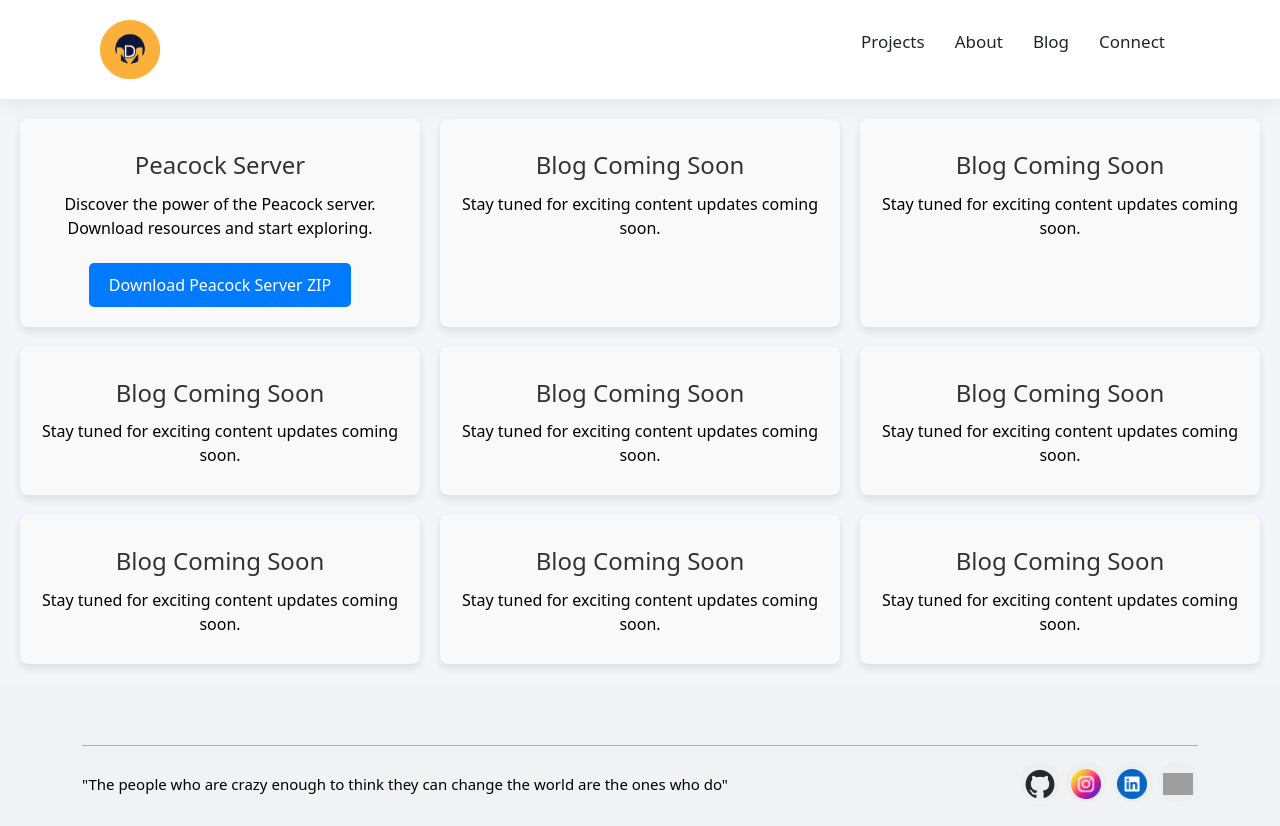
Repository: kaizoku010/firebrand
Page: /blog
The author's editor kept a copy of each file at every save. The page is drawn from the files as they stood at one save, then again after the next save.
The browser window is 1280 px wide. The pictures show the whole page.
Pictures or frames that could not be fetched are drawn as grey boxes. The project was rebuilt for these pictures with package versions that can differ from the ones it lists, and the page was loaded fresh each time. Also part of the build but not shown: vite.config.js, src/update/homescreen.js, src/update/about.css, src/components/chips.css, src/components/chips.js, src/update/about.js, src/dataPoint/AllProjects.js, src/update/appsPage.js and 2 more.

Above is the page before, as saved 2024-11-11 11:44:54.

### public/index.html
<!DOCTYPE html>
<html lang="en">
  <head>
    <meta charset="utf-8" />
    <link rel="icon" href="%PUBLIC_URL%/logo.ico" />
    <meta name="viewport" content="width=device-width, initial-scale=1" />
    <meta name="theme-color" content="#000000" />
    <meta
      name="description"
      content="Welcome to Firebrand, Home of Dixon Muneza"
    />
    <link rel="apple-touch-icon" href="%PUBLIC_URL%/logo.png" />
    <!--
      manifest.json provides metadata used when your web app is installed on a
      user's mobile device or desktop. See https://developers.google.com/web/fundamentals/web-app-manifest/
    -->
    <link rel="manifest" href="%PUBLIC_URL%/manifest.json" />
    <!--
      Notice the use of %PUBLIC_URL% in the tags above.
      It will be replaced with the URL of the `public` folder during the build.
      Only files inside the `public` folder can be referenced from the HTML.

      Unlike "/favicon.ico" or "favicon.ico", "%PUBLIC_URL%/favicon.ico" will
      work correctly both with client-side routing and a non-root public URL.
      Learn how to configure a non-root public URL by running `npm run build`.
    -->
    <title>Dixon Muneza</title>
    <!-- Global site tag (gtag.js) - Google Analytics -->
<script async src="https://www.googletagmanager.com/gtag/js?id=G-C8GX9VTJ6W"></script>
<script>
  window.dataLayer = window.dataLayer || [];
  function gtag(){dataLayer.push(arguments);}
  gtag('js', new Date());

  gtag('config', 'G-C8GX9VTJ6W');
</script>
  </head>
  <body>
    <noscript>You need to enable JavaScript to run this app.</noscript>
    <div id="root"></div>
    <!--
      This HTML file is a template.
      If you open it directly in the browser, you will see an empty page.

      You can add webfonts, meta tags, or analytics to this file.
      The build step will place the bundled scripts into the <body> tag.

      To begin the development, run `npm start` or `yarn start`.
      To create a production bundle, use `npm run build` or `yarn build`.
    -->
  </body>
</html>

### src/App.js
import React from 'react'
import 'bootstrap/dist/css/bootstrap.css'
import './App.css'
import { BrowserRouter as Router, Routes, Route } from 'react-router-dom'
import Header from './update/header.js'
import HomeScreen from '././update/homescreen.js'
import AboutDixon from '././update/about.js'
import AppPage from './update/appsPage.js'
import Blog from './update/blog.js'
import Footer from '././update/footer.js'
import Connect from './update/connect'


function App () {
  return (
    <Router>
      <div className=''>
      <Header/>
      <Routes>

       <Route path='/' element={<HomeScreen />} />
          <Route path="/apps" element={<AppPage />} />
          <Route path="/about" element={<AboutDixon />} />
          <Route path="/blog" element={<Blog />} />
          <Route path="/connect" element={<Connect />} />

     </Routes>
        <Footer/>
      </div>

    </Router>
  )
}

export default App

### src/App.css
body {
  -webkit-font-smoothing: antialiased;
  background-color: #f3f6f8;
  margin-top: 0px;
  font-family:  ui-sans-serif,system-ui,-apple-system,BlinkMacSystemFont,Segoe UI,Roboto,Helvetica Neue,Arial,Noto Sans,sans-serif,apple color emoji,segoe ui emoji,Segoe UI Symbol,noto color emoji;
;
}

.content{
display: none !important;
}

a {
  text-decoration: none;
  color: #5747ff !important;
}

@media only screen and (max-width: 900px) {
  .holder__ {
    text-align: center;
    padding: 20px;
  }
}

.thumb-lg {
  height: 88px;
  width: 88px;
}
.profile-user-box {
  position: relative;
  border-radius: 5px;
}
.bg-custom {
  /*background-color: #02c0ce !important;  */
  background-color: #02191b !important;
  /* 02191b */
}
.profile-user-box {
  position: relative;
  border-radius: 5px;
}

.card-box {
  padding: 20px;
  position: sticky;
  border-radius: 3px;
  margin-bottom: 30px;
  z-index: 1;
  top: 0;
  background-color: #fff;
}
.inbox-widget .inbox-item img {
  width: 40px;
}

.inbox-widget .inbox-item {
  border-bottom: 1px solid #f3f6f8;
  overflow: hidden;
  padding: 10px 0;
  position: relative;
}

.inbox-widget .inbox-item .inbox-item-img {
  display: block;
  float: left;
  margin-right: 15px;
  width: 40px;
}

.inbox-widget .inbox-item img {
  width: 40px;
}

.inbox-widget .inbox-item .inbox-item-author {
  color: #313a46;
  display: block;
  margin: 0;
}

.inbox-widget .inbox-item .inbox-item-text {
  color: #98a6ad;
  display: block;
  font-size: 14px;
  margin: 0;
}

.inbox-widget .inbox-item .inbox-item-date {
  color: #98a6ad;
  font-size: 11px;
  position: absolute;
  right: 7px;
  top: 12px;
}

.comment-list .comment-box-item {
  position: relative;
}

.comment-list .comment-box-item .commnet-item-date {
  color: #98a6ad;
  font-size: 11px;
  position: absolute;
  right: 7px;
  top: 2px;
}

.comment-list .comment-box-item .commnet-item-msg {
  color: #313a46;
  display: block;
  margin: 10px 0;
  font-weight: 400;
  font-size: 15px;
  line-height: 24px;
}

.comment-list .comment-box-item .commnet-item-user {
  color: #98a6ad;
  display: block;
  font-size: 14px;
  margin: 0;
}

.comment-list a + a {
  margin-top: 15px;
  display: block;
}

.ribbon-box .ribbon-primary {
  background: #2d7bf4;
}

.ribbon-box .ribbon {
  position: relative;
  float: left;
  clear: both;
  padding: 5px 12px 5px 12px;
  margin-left: -30px;
  margin-bottom: 15px;
  font-family: Rubik, sans-serif;
  -webkit-box-shadow: 2px 5px 10px rgba(49, 58, 70, 0.15);
  -o-box-shadow: 2px 5px 10px rgba(49, 58, 70, 0.15);
  box-shadow: 2px 5px 10px rgba(49, 58, 70, 0.15);
  color: #fff;
  font-size: 13px;
}
.text-custom {
  color: #949797 !important;
}

.badge-custom {
  background: #02c0ce;
  color: #fff;
}
.badge {
  font-family: Rubik, sans-serif;
  -webkit-box-shadow: 0 0 24px 0 rgba(0, 0, 0, 0.06),
    0 1px 0 0 rgba(0, 0, 0, 0.02);
  box-shadow: 0 0 24px 0 rgba(0, 0, 0, 0.06), 0 1px 0 0 rgba(0, 0, 0, 0.02);
  padding: 0.35em 0.5em;
  font-weight: 500;
}
.text-muted {
  color: #98a6ad !important;
}
project_list
.font-13 {
  font-size: 13px !important;
}

.fire-text {
  text-align: justify;
}

@media screen and (max-width: 800px) {
  .card-box {
    padding: 20px !important;
    position: sticky;
    border-radius: 3px;
    margin-bottom: 30px;
    z-index: 1;
    top: 0;
    background-color: #fff;
  }
}


.main-color{
  color: #fbb03b;
}

### src/update/header.js
import React from 'react'
import "./header.css"
import Logo from "../img/logo.png"
import Email from "../img/email.png"
import { Link } from "react-router-dom";

function header() {
  return (
      <header class="header">
    <nav>
    <div class="logo">
          <a class="name_logo" href="index.html">Muneza.<span>Dixon</span></a>
        <Link to="/">  <img class="fireband-logo" src={ Logo} /></Link>
    </div>
    <input type="checkbox" id="menu-toggle"/>
    <label for="menu-toggle" class="menu-icon">&#9776;</label>
    <ul class="menu">
      <li><Link to={"apps"}>Projects</Link></li>
      <li><Link to={"about"} href="#">About</Link></li>
      <li><Link to={"blog"}>Blog</Link></li>
      <li><a href={"connect"}>Connect</a></li>
    </ul>
  </nav>
</header>
  )
}
// #9f0009 reds
export default header

### src/update/blog.js
import React from 'react';
import '../update/blog.css';

function Blog() {
  // Mock data for blog items
  const blogs = [
    { id: 1, title: 'Peacock Server', description: 'Discover the power of the Peacock server. Download resources and start exploring.' },
    { id: 2, title: 'Blog Coming Soon', description: 'Stay tuned for exciting content updates coming soon.' },
    { id: 3, title: 'Blog Coming Soon', description: 'Stay tuned for exciting content updates coming soon.' },
    { id: 4, title: 'Blog Coming Soon', description: 'Stay tuned for exciting content updates coming soon.' },
    { id: 5, title: 'Blog Coming Soon', description: 'Stay tuned for exciting content updates coming soon.' },
    { id: 6, title: 'Blog Coming Soon', description: 'Stay tuned for exciting content updates coming soon.' },
    { id: 7, title: 'Blog Coming Soon', description: 'Stay tuned for exciting content updates coming soon.' },
    { id: 8, title: 'Blog Coming Soon', description: 'Stay tuned for exciting content updates coming soon.' },
    { id: 9, title: 'Blog Coming Soon', description: 'Stay tuned for exciting content updates coming soon.' },
  ];

  // Download handler for the main blog item
  const handleDownload = () => {
    const fileUrl = '/resources/peacock-server.zip'; // Adjust the path as needed
    window.location.href = fileUrl;
  };

  return (
    <div className="blog-grid">
      {blogs.map((blog) => (
        <div key={blog.id} className="blog-item">
          <h2 className="blog-item-title">{blog.title}</h2>
          <p className="blog-item-description">{blog.description}</p>
          {blog.id === 1 && (
            <button className="download-button" onClick={handleDownload}>
              Download Peacock Server ZIP
            </button>
          )}
        </div>
      ))}
    </div>
  );
}

export default Blog;

### src/update/footer.js
import React from 'react'
import "./footer.css"
// import { FontAwesomeIcon } from '@fortawesome/react-fontawesome'
import CodeIc from "../img/github-mark.png"
import IG from "../img/instagram.png"
import DeviantArt from "../img/deviantart.png"
import LinkedIn from "../img/linked.png"
// import { faInstagram } from '@fortawesome/free-brands-svg-icons'

function footer() {
  return (
    <footer class="site-footer">
      <div class="container">
        <hr/>
      </div>
      <div class="container">
        <div class="row">
          <div class="col-md-8 col-sm-6 col-xs-12">
            <p class="copyright-text">"The people who are crazy enough to think they can change the world are the ones who do"
            </p>
          </div>

          <div class="col-md-4 col-sm-6 col-xs-12">
            <ul class="social-icons">
            <li><a   target='_blank' class="facebook" href="https://github.com/kaizoku010"><img  class="facebook"   src={CodeIc} /></a></li>
              <li><a target='_blank' class="facebook" href="https://www.instagram.com/ug.firebrand/"><img class="facebook" src={IG} /></a></li>
              <li><a   target='_blank' class="facebook" href="https://www.linkedin.com/in/dixon-muneza-a0a1b510a"><img  class="facebook"  src={LinkedIn} /></a></li>
              <li><a   target='_blank' class="facebook" href="https://www.deviantart.com/imfaceless"><img  class="facebook"  src={DeviantArt} /></a></li>
              </ul>
          </div>
        </div>
      </div>
</footer>
  )
}

export default footer

### src/update/header.css
header_div {
    padding: 0;
    margin: 0;
    box-sizing: border-box;
    font-family: sans-serif;
    text-decoration: none;
    list-style: none;
  }


  .name_logo{
    display:none;
  }

  .header {
    position: sticky;
    top: 0;
    grid-area: header;
    width: 100%;
    box-shadow: 0 4px 20px hsla(207, 24%, 35%, 0.1);
    background-color: white;
    z-index: 2;
  }

  .email-ic{
    width:38px;
  }

  nav {
    display: flex;
    justify-content: space-between;
    align-items: center;
    padding: 20px 100px;
  }

  .logo a {
    font-size: 24px;
    font-weight: bold;
    color: #fff;
  }

  .logo a span {
    color: #8739fa;
  }


  .menu {
    display: flex;
    list-style:none;
    justify-content: center;
    align-items: center;
  }

  .menu a {
    display: block;
    padding: 7px 15px;
    font-size: 17px;
    font-weight: 500;
    transition: 0.2s all ease-in-out;
    color: #fff;
  }

  .menu:hover a {
    opacity: 0.4;
  }

  .menu a:hover {
    opacity: 1;
    color: #fff;
  }

  .menu-icon {
    display: none;
  }

  #menu-toggle {
    display: none;
  }

  #menu-toggle:checked ~ .menu {
    transform: scale(1, 1);
  }

  @media only screen and (max-width: 950px) {
    .menu {
      flex-direction: column;
      background-color: white;
      align-items: start;
      position: absolute;
      top: 82px;
      left: 0;
      width: 100%;
      z-index: 1;
      padding-left: 10px;
      transform: scale(1, 0);
      transform-origin: top;
      transition: transform 0.3s ease-in-out;
      box-shadow: rgba(0, 0, 0, 0.15) 1.95px 1.95px 2.6px;
    }

    nav {
      display: flex;
      justify-content: space-between;
      align-items: center;
      padding: 18px 30px;
  }

    .name_logo{
        display:none;
      }

    .menu a {
      margin-left: 12px;
    }

    .menu li {
      margin-bottom: 10px;
    }

    .menu-icon {
      display: block;
      color: black;
      font-size: 28px;
      cursor: pointer;
    }
    /* my logo */

  .fireband-logo{
    width: 50px !important;

  }
  }



  .fireband-logo{
    width: 60px;
  }


  .header a {
    color:#212529 !important
      }
    .header a:hover {
        color:#fbb03b !important;
    }

### src/update/homescreen.css
.homepage{
    /* margin-top: 50px; */
    display: flex;
    place-content: center;
    height: 100vh;
    align-items: center;
    position: relative;

    min-height: 500px;
}

.main-content{
    text-align: center;
    display: flex;
    flex-direction: column;
}

#userImage{
    border-radius: 50% !important;
    align-self: center;
    margin-bottom: 10px;
    width: 60%;
}

.userName{
    letter-spacing: -.05em;
    font-size: 2.5rem;
    text-align: center;
    background: -webkit-radial-gradient(#030303, #010001);
    -webkit-background-clip: text;
    background-clip: text;
    -webkit-text-fill-color: transparent;
    line-height: 1;
    font-weight: 700;
    white-space: nowrap;
}

.userRole{
    max-width: 48rem;
    font-size: 20px;
    font-weight: 100;
    margin-left: auto;
    letter-spacing: -.025em;
    color: rgb(17 24 39 / var(50%));
    text-align: center;
    margin-right: auto;
}

.site-holder{
    padding-left: 1.5rem;
    flex-wrap: nowrap;
    padding-right: 1.5rem;
    gap: 1.5rem;
    margin-top: 0.5rem;
    margin-bottom: 0.5rem;
    justify-content: center;
    display: flex;
    flex-direction: row;
}

#btn-projects{
    color: rgb(255 255 255 / var(10%));
    padding-top: 0.75rem;
    background-color: #fbb03b;
    padding-bottom: 0.75rem;
    opacity: 1;
    line-height: 1.375;
    color: black;
    font-weight: 500;
    border-radius: 2.5rem;
    border-color: #fbb03b45;
    padding-left: 2rem;
    padding-right: 2rem;
}

#btn-projects:hover{
    background-color: #efa123;

}


.project-ic{
    height:26px;
    padding-right: 5px;

    padding-left: 5px;
    margin-bottom: 5px !important;
}

#btn-code{
background-color:  rgb(17 24 39);
color: rgb(255 255 255 / var(10%));
padding-top: 0.75rem;
padding-bottom: 0.75rem;
opacity: 1;
line-height: 1.375;
color: white;
font-weight: 500;
border-radius: 2.5rem;
border-color: #fbb03b45;
padding-left: 2rem;
padding-right: 2rem;
}

#btn-code:hover{
    background-color: rgb(71, 74, 81);

}

@media only screen and (max-width: 950px) {
    .homepage {
        display: flex;
        place-content: center;
        height: 100%;
        align-items: center;
        position: relative;
    }

    .site-footer {
        position: relative;
        background-color: #f0f2f4e4;
        padding: 0px 0 20px !important;
        font-size: 15px;
        line-height: 24px;
        color: #737373;
    }
}

### src/update/appsPage.css
.appsHolder {
  background-color: #e3ecf6 !important;
  padding-right: 1.5em;
  padding-left: 1.5em;
}

.appsHeading {
  text-align: center;
  font-size: 3.75em;
  line-height: 1;
  margin-bottom: 4rem;
  font-weight: 700;
  letter-spacing: -0.05em !important;
  padding: 50px;
}

.sites-holder {
  place-content: center !important;
}

.apps-span {
  color: #fbb03b;
}

.sites {
  display: flex;
  gap: 50px;
  place-content: center !important;
}

.top-element:hover {
  box-shadow: 0 4px 8px 0 rgba(0, 0, 0, 0.2), 0 4px 20px 0 rgba(0, 0, 0, 0);
  transition: 0.75rem;
}

.top-element {
  cursor: pointer;
  width: -moz-fit-content;
  width: fit-content;
  background-color: white;
  display: flex;
  padding: 30px;
  height: 100%;
  border-radius: 10px;
  align-items: center;
  flex-direction: row;
}

.site-title {
  font-size: 1.875rem;
  line-height: 2.25rem;
  color: black;
  font-weight: 700;
  margin-bottom: 0.125rem;
}

.site-title:hover {
  color: #f2b44d;
}
.site-logo {
  width: 100px;
  align-self: center;
  height: 100px;
  border-radius: 0px;
}
.site-text-holder {
  display: flex;
  padding-left: 20px;
  flex-direction: column;
}
.site-desc {
  font-size: 1.24rem;
  font-weight: 400;
  color:black !important;
  line-height: 1.75rem;
}
.chip{
  background-color: rgb(127 255 127 / 56%) !important;
}
.chip-layout {
  display: flex;
  gap: 12px;
}
.sites-list {
  display: grid;
  grid-template-columns: repeat(2, auto);
  grid-template-rows: auto;
  padding: 1%;
  gap: 20px;
  list-style-type: none;
  margin: .5rem !important;
  height: -webkit-max-content;
  height: max-content;
}
/* mobile view */
@media only screen and (max-width: 950px) {
  .sites-list {
    display: grid;
    grid-template-columns: repeat(1, auto);
    grid-template-rows: auto;
    padding: 1%;
    gap: 10px;
    list-style-type: none;
    margin: 1rem;
    height: -webkit-max-content;
    height: max-content;
  }
  .site-title:hover {
    color: #f2b44d;
  }
  .site-desc {
    font-size: 1.1rem !important;
    font-weight: 400;
    color: black !important;
    line-height: 1.5rem;
    margin-bottom: 8%;


}

.chip {
  padding: 5px 10px;
  border-radius: 50px;
  margin-bottom: 4% !important;
  display: inline-block;
  color: white;
}

  .appsHolder {
    background-color: #e3ecf6 !important;
    padding-right: 0.5em;
    padding-left: 0.5em;
  }

  .site-logo {
    /* width: 100%; */
    align-self: center;
    margin-left: 20px !important;
    height: 20%;
    border-radius: 0px;
  }

  .appsHeading {
    text-align: center !important;
    font-size: 3em !important;
    line-height: 1;
    padding: 10% !important;
    margin-bottom: 0rem !important;
    font-weight: 700;
    letter-spacing: -0.05em !important;
    padding: 8px;
}

  .top-element {
    cursor: pointer;
    width: -moz-fit-content;
    width: fit-content;
    height: fit-content;
    display: block !important;
    background-color: white;
    padding: 5px;
    border-radius: 10px;
    flex-direction: row;
  }
}

.link-list {
  color: black;
  text-decoration: none !important;
}

a{
  color: black;
  text-decoration: none !important;
}

p{
  color: black !important;
}

### src/update/blog.css
.blog-holder{
height:100vh;

}
.blog-grid {
    display: grid;
    grid-template-columns: repeat(3, 1fr);
    gap: 20px;
    padding: 20px;
  }

  .blog-item {
    background-color: #f9f9f9;
    padding: 20px;
    border-radius: 8px;
    box-shadow: 0 4px 8px rgba(0, 0, 0, 0.1);
    text-align: center;
  }

  .blog-item-title {
    font-size: 1.5em;
    margin: 0.5em 0;
    color: #333;
  }

  .blog-item-description {
    font-size: 1em;
    color: #666;
    margin: 0.5em 0;
  }

  .download-button {
    margin-top: 15px;
    padding: 10px 20px;
    font-size: 1em;
    color: white;
    background-color: #007bff;
    border: none;
    border-radius: 5px;
    cursor: pointer;
  }

  .download-button:hover {
    background-color: #0056b3;
  }

  @media (max-width: 768px) {
    .blog-grid {
      grid-template-columns: repeat(2, 1fr);
    }
  }

  @media (max-width: 480px) {
    .blog-grid {
      grid-template-columns: 1fr;
    }
  }


.blog-container{
text-align: center;
border: 0px solid;
position: absolute;
top: 50%;
left: 50%;
transform: translate(-50%, -50%);
padding: 10px;
width: -moz-fit-content;
width: fit-content;
/* margin: 100px 300px 100px 300px; */
}

.coming-soon-title{
font-weight: 900;
text-align: left !important;
font-size: 5em;
}

.soon-span{
    color: #fbb03b;
}

.coming-soon-text{
    text-align: left !important;
}

.blog-image-holder{
width: -moz-fit-content;
width: fit-content;
}


.blog-image{

    height:300px;
}

/* mobile view */
@media only screen and (max-width: 950px) {
    .blog-container {
        text-align: center;
        border: 0px solid;
        position: absolute;
        top: 63%;
        left: 50%;
        transform: translate(-50%, -50%);

        width: -moz-fit-content;
        width: fit-content;

    }


.coming-soon-title{
    line-height:0.8;
    font-weight: 900;
    text-align: left !important;
    font-size: 5em;
    }
    }

### src/update/footer.css
.site-footer
{
  position: relative;
  background-color:#f0f2f4e4;
  padding:45px 0 20px;
  font-size:15px;
  line-height:24px;
  color:#737373;
}

.row{
  align-items: center !important;
}

.facebook{
    width: 30px;
}
.site-footer hr
{
  border-top-color:#bbb;
  opacity:0.5
}
.site-footer hr.small
{
  margin:20px 0
}
.site-footer h6
{
  color:#fff;
  font-size:16px;
  text-transform:uppercase;
  margin-top:5px;
  letter-spacing:2px
}
.site-footer a
{
  color:#737373;
}
.site-footer a:hover
{
  color:#3366cc;
  text-decoration:none;
}
.footer-links
{
  padding-left:0;
  list-style:none
}
.footer-links li
{
  display:block
}
.footer-links a
{
  color:#737373
}
.footer-links a:active,.footer-links a:focus,.footer-links a:hover
{
  color:#3366cc;
  text-decoration:none;
}
.footer-links.inline li
{
  display:inline-block
}
.site-footer .social-icons
{
  text-align:right
}
.site-footer .social-icons a
{
  width:40px;
  height:40px;
  line-height:40px;
  margin-left:6px;
  margin-right:0;
  border-radius:100%;
}
.copyright-text
{
  margin:0
}
@media (max-width:991px)
{
  .site-footer [class^=col-]
  {
    margin-bottom:30px
  }
}
@media (max-width:767px)
{

  .copyright-text{
    margin:10px;
  }
  .site-footer
  {
    padding-bottom:0
  }
  .site-footer .copyright-text,.site-footer .social-icons
  {
    text-align:center
  }
}
.social-icons
{
  padding-left:0;
  margin-bottom:0;
  list-style:none
}
.social-icons li
{
  display:inline-block;
  margin-bottom:4px
}
.social-icons li.title
{
  margin-right:15px;
  text-transform:uppercase;
  color:#96a2b2;
  font-weight:700;
  font-size:13px
}
.social-icons a{
  background-color:#eceeef;
  color:#818a91;
  font-size:16px;
  display:inline-block;
  line-height:44px;
  width:44px;
  height:44px;
  text-align:center;
  margin-right:8px;
  border-radius:100%;
  -webkit-transition:all .2s linear;
  -o-transition:all .2s linear;
  transition:all .2s linear
}
.social-icons a:active,.social-icons a:focus,.social-icons a:hover
{
  color:#fff;
  background-color:#ebebeb
}
.social-icons.size-sm a
{
  line-height:34px;
  height:34px;
  width:34px;
  font-size:14px
}
.social-icons a.facebook:hover
{
  background-color:#e7e9e9
}
.social-icons a.twitter:hover
{
  background-color:#00aced
}
.social-icons a.linkedin:hover
{
  background-color:#007bb6
}
.social-icons a.dribbble:hover
{
  background-color:#ea4c89
}
@media (max-width:767px)
{
  .social-icons li.title
  {
    display:block;
    margin-right:0;
    font-weight:600
  }
}

Loaded but not shown: src/index.js (common file); src/index.css (common file); src/reportWebVitals.js (common file)

After the next save:
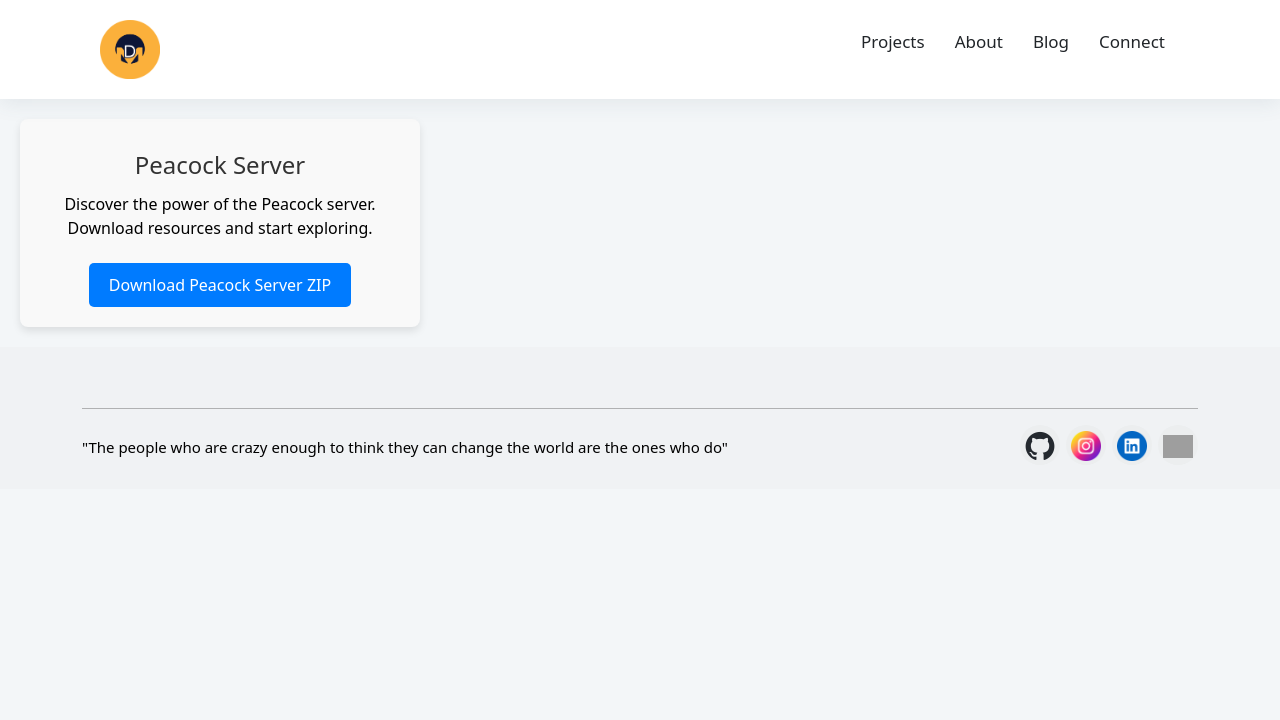
Saved 24 s later.
--- a/src/update/blog.js
+++ b/src/update/blog.js
@@ -5,14 +5,7 @@ function Blog() {
   // Mock data for blog items
   const blogs = [
     { id: 1, title: 'Peacock Server', description: 'Discover the power of the Peacock server. Download resources and start exploring.' },
-    { id: 2, title: 'Blog Coming Soon', description: 'Stay tuned for exciting content updates coming soon.' },
-    { id: 3, title: 'Blog Coming Soon', description: 'Stay tuned for exciting content updates coming soon.' },
-    { id: 4, title: 'Blog Coming Soon', description: 'Stay tuned for exciting content updates coming soon.' },
-    { id: 5, title: 'Blog Coming Soon', description: 'Stay tuned for exciting content updates coming soon.' },
-    { id: 6, title: 'Blog Coming Soon', description: 'Stay tuned for exciting content updates coming soon.' },
-    { id: 7, title: 'Blog Coming Soon', description: 'Stay tuned for exciting content updates coming soon.' },
-    { id: 8, title: 'Blog Coming Soon', description: 'Stay tuned for exciting content updates coming soon.' },
-    { id: 9, title: 'Blog Coming Soon', description: 'Stay tuned for exciting content updates coming soon.' },
+
   ];
 
   // Download handler for the main blog item
